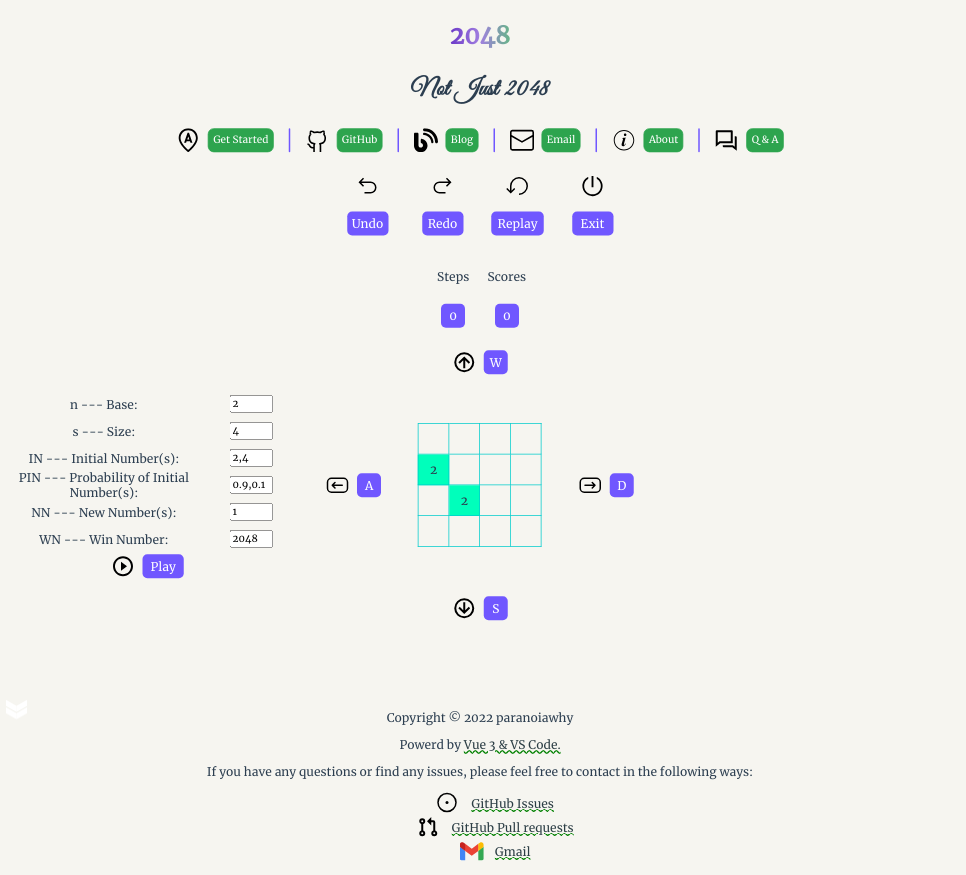
Repository: 321paranoiawhy/2048
Page: /
An editor plug-in stored every save of this project. The page is shown before and after the next save, followed by the edit.
The browser window is 1280 px wide. The page is 1280 px wide, then 1288 px, so the pictures cover 1288 px, including what lies to the right of the window. The pictures show the whole page, at 75% of full size.
The project was rebuilt for these pictures with package versions that can differ from the ones it lists, and the page was loaded fresh each time. Also part of the build but not shown: vue.config.js.

Above is the page before, as saved 2022-04-29 20:53:14.

### src/App.vue
<template>
    <router-view />
</template>

<style lang="scss">
// 字体
@font-face {
    font-family: Merriweather-Regular;
    src: url(/src/assets/fonts/Merriweather-Regular.ttf);
}
#app {
    font-family: Merriweather-Regular;
    -webkit-font-smoothing: antialiased;
    -moz-osx-font-smoothing: grayscale;
    text-align: center;
    color: #2c3e50;
}
// 网页背景色 https://manuelmoreale.com/
html {
    background-color: #f6f5f0;
    scroll-behavior: smooth;
}
nav {
    padding: 30px;

    a {
        font-weight: bold;
        color: #2c3e50;

        &.router-link-exact-active {
            color: #42b983;
        }
    }
}
</style>

### src/components/footer.vue
<template>
    <!-- https://www.rapidtables.com/web/html/html-codes/html-code-copyright.html -->
    <!-- &copy; -->
    <!-- &#9400; -->
    <footer>
        <div class="container">
            <div class="chevron"></div>
            <div class="chevron"></div>
            <div class="chevron"></div>
        </div>
        <!-- <img
            src="../assets/images/IcRoundKeyboardDoubleArrowDown.svg"
            alt="DoubleArrowDown"
            class="double-arrow-down"
        /> -->
        <p>Copyright &copy; 2022 paranoiawhy</p>
        <p>Powerd by <a>Vue 3 & VS Code.</a></p>
        <p>
            If you have any questions or find any issues, please feel free to
            contact in the following ways:
        </p>
        <ul>
            <li>
                <img src="../assets/images/CodiconIssues.svg" alt="" />
                <a
                    href="https://github.com/321paranoiawhy/2048-Vue/issues"
                    target="_blank"
                    >GitHub Issues
                </a>
            </li>
            <li>
                <img src="../assets/images/MdiSourcePull.svg" alt="" />
                <a
                    href="https://github.com/321paranoiawhy/2048-Vue/pulls"
                    target="_blank"
                    >GitHub Pull requests
                </a>
            </li>
            <li>
                <img src="../assets/images/LogosGoogleGmail.svg" alt="" />
                <a href="mailto:paranoiawhy@gmail.com">Gmail</a>
            </li>
        </ul>
    </footer>
</template>

<script>
export default {
    name: "Footer",
};
</script>

<style lang="scss">
// 定义图标尺寸
$width-height: 32px;
// 文字波浪下划线 https://developer.mozilla.org/zh-CN/docs/Web/CSS/text-decoration
footer a {
    text-decoration: green wavy underline;
    color: #2c3e45;
}
footer {
    margin-top: 80px;
    & .double-arrow-down {
        width: 50px;
        height: 50px;
    }
    & ul {
        width: fit-content;
        margin-left: auto;
        margin-right: auto;
        & li {
            display: flex;
            justify-content: center;
            align-items: center;
            & img {
                width: $width-height;
                height: $width-height;
                margin-right: 15px;
            }
        }
    }
    & .container {
        position: relative;
        width: 24px;
        height: 24px;
    }
}

.chevron {
    position: absolute;
    width: 28px;
    height: 8px;
    opacity: 0;
    transform: scale3d(0.5, 0.5, 0.5);
    animation: move 3s ease-out infinite;
}

.chevron:first-child {
    animation: move 3s ease-out 1s infinite;
}

.chevron:nth-child(2) {
    animation: move 3s ease-out 2s infinite;
}

.chevron:before,
.chevron:after {
    content: " ";
    position: absolute;
    top: 0;
    height: 100%;
    width: 51%;
    background: #fff;
}

.chevron:before {
    left: 0;
    transform: skew(0deg, 30deg);
}

.chevron:after {
    right: 0;
    width: 50%;
    transform: skew(0deg, -30deg);
}

@keyframes move {
    25% {
        opacity: 1;
    }
    33% {
        opacity: 1;
        transform: translateY(30px);
    }
    67% {
        opacity: 1;
        transform: translateY(40px);
    }
    100% {
        opacity: 0;
        transform: translateY(55px) scale3d(0.5, 0.5, 0.5);
    }
}
</style>

Loaded but not shown: public/index.html (common file); src/main.js (common file); src/store/index.js (common file); src/router/index.js (41 lines, source omitted); src/views/HomeView.vue (1187 lines, source omitted)

After the next save:
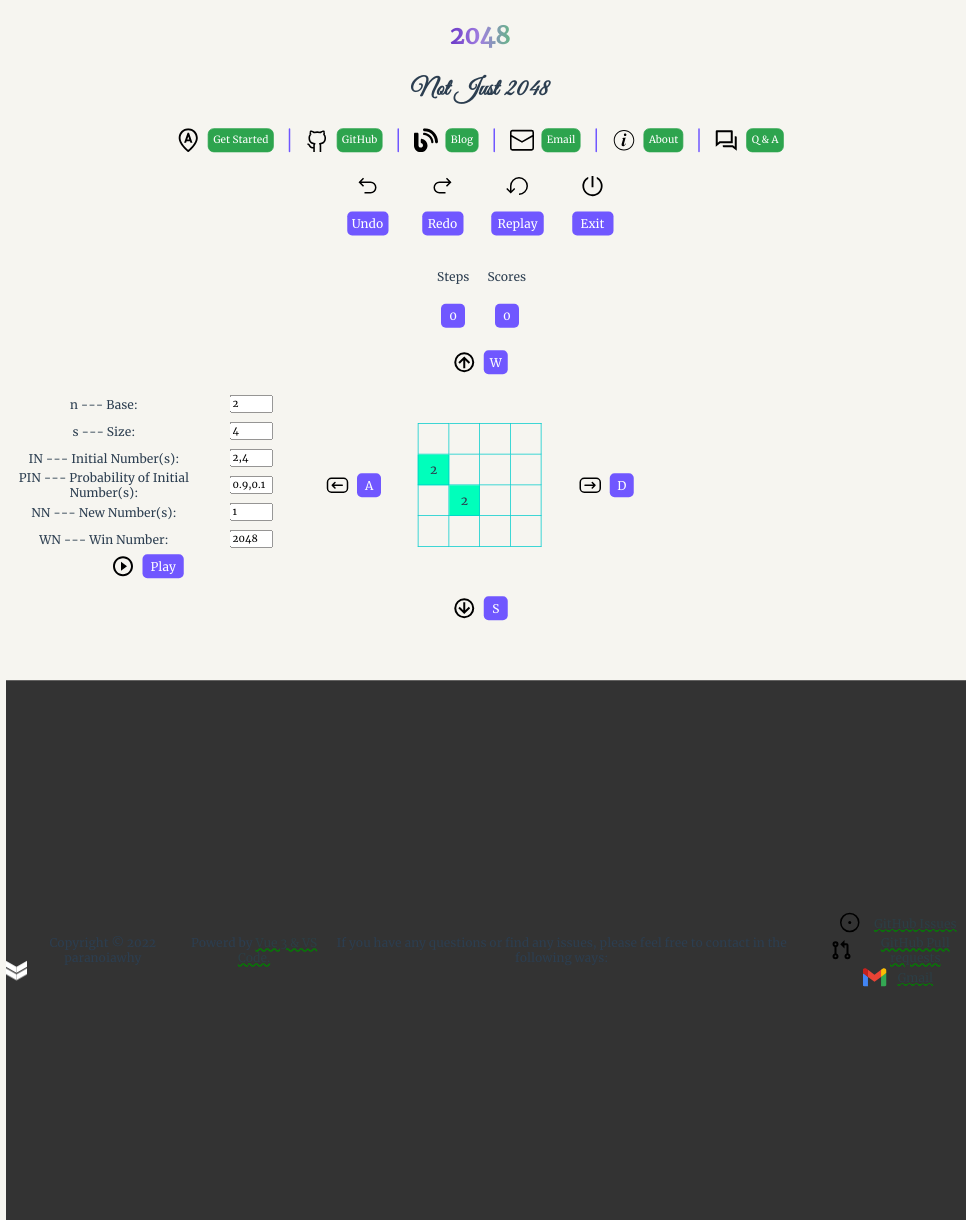
Saved 47 s later.
--- a/src/components/footer.vue
+++ b/src/components/footer.vue
@@ -59,6 +59,14 @@ footer a {
     color: #2c3e45;
 }
 footer {
+    display: flex;
+    justify-content: center;
+    align-items: center;
+    position: absolute;
+    width: 100%;
+    height: 100%;
+    background: #333;
+
     margin-top: 80px;
     & .double-arrow-down {
         width: 50px;
